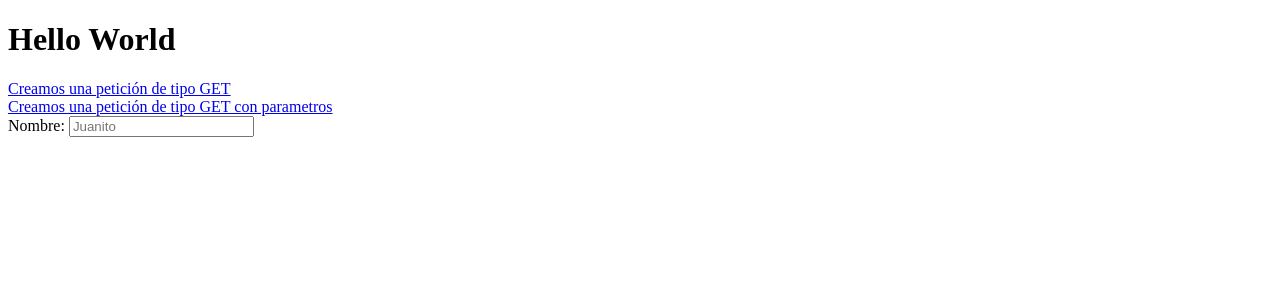
Repository: borispacex/javaee-projects
Page: http://localhost/Java_Web/
These files come from the project's save history. The page is drawn as it stood at one moment and after the next save; the edit follows.
The browser window is 1280 px wide. The pictures show the whole page.
The page is served by Tomcat 9. Other server files are loaded and not shown.

Above is the page before, as saved 2023-05-08 17:36:21.

### Java_Web/WebContent/index.jsp
<%@ page language="java" contentType="text/html; charset=UTF-8"
    pageEncoding="UTF-8"%>
<!DOCTYPE html>
<html>
<head>
<meta charset="UTF-8">
<title>My title example</title>
</head>
<body>
	<h1>Hello World</h1>
	<a href="MyServlet">Creamos una petición de tipo GET</a>
	</br>
	<a href="MyServlet?var1=2&var2=6">Creamos una petición de tipo GET con parametros</a>
	</br>
	<form action="MyServlet" method="post">
		<label>Nombre: </label>
		<input type="text" name="nombre" placeholder="Juanito">
	</form>
</body>
</html>

After the next save:
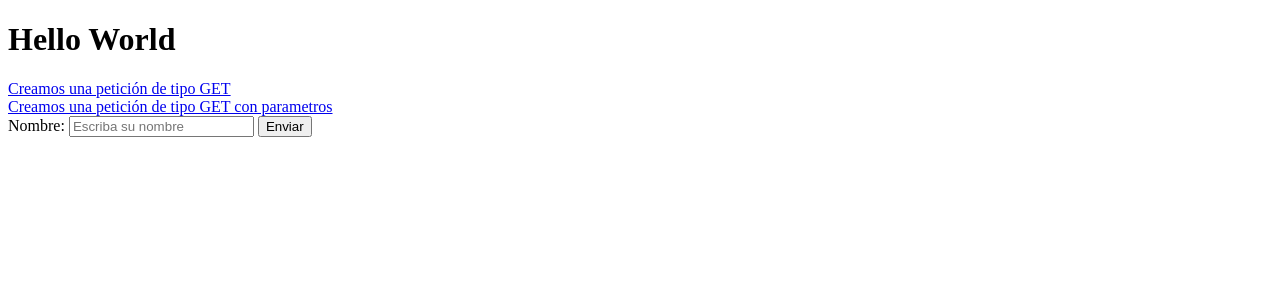
Saved 45 s later.
--- a/Java_Web/WebContent/index.jsp
+++ b/Java_Web/WebContent/index.jsp
@@ -14,7 +14,8 @@
 	</br>
 	<form action="MyServlet" method="post">
 		<label>Nombre: </label>
-		<input type="text" name="nombre" placeholder="Juanito">
+		<input type="text" name="nombre" placeholder="Escriba su nombre">
+		<button type="submit">Enviar</button>
 	</form>
 </body>
 </html>
